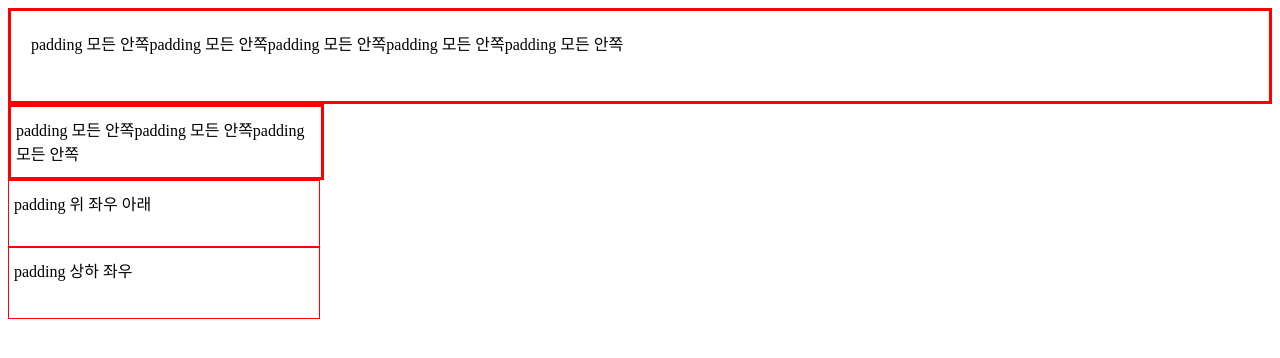
Repository: marudaga/html-css-lecture
Page: work/study/src/main/webapp/htmlEx/ch03/EX04.html
The author's editor kept a copy of each file at every save. The page is drawn from the files as they stood at one save, then again after the next save.
The browser window is 1280 px wide. The pictures show the whole page.

Above is the page before, as saved 2022-09-06 07:24:21.

### work/study/src/main/webapp/htmlEx/ch03/EX04.html
<!DOCTYPE html>
<html>
<head>
<meta charset="UTF-8">
<title>Insert title here</title>
</head>
<body>
<div  style="border: 3px solid red; scrollbar-width: none; overflow: scroll; over width: 300px; height:50px; padding: 20px;">padding 모든 안쪽padding 모든 안쪽padding 모든 안쪽padding 모든 안쪽padding 모든 안쪽</div>
<div style="border: 3px solid red;overflow: scroll; width: 300px; height:50px; padding: 10px 5px 10px 5px;">padding 모든 안쪽padding 모든 안쪽padding 모든 안쪽</div>
<div style="border: 1px solid red; width: 300px; height:50px; padding: 10px 5px 5px;">padding 위 좌우 아래</div>
<div style="border: 1px solid red; width: 300px; height:50px; padding: 10px 5px;">padding 상하 좌우</div>
</body>
</html>

After the next save:
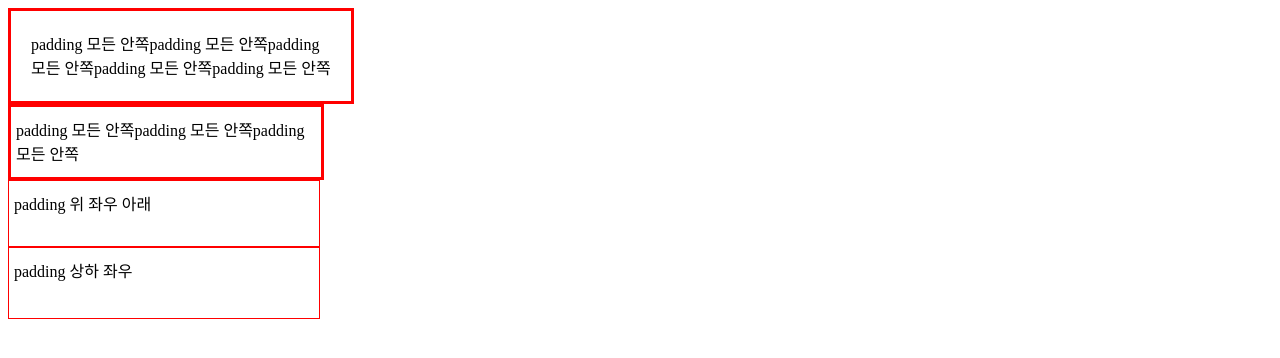
Saved 48 s later.
--- a/work/study/src/main/webapp/htmlEx/ch03/EX04.html
+++ b/work/study/src/main/webapp/htmlEx/ch03/EX04.html
@@ -5,7 +5,7 @@
 <title>Insert title here</title>
 </head>
 <body>
-<div  style="border: 3px solid red; scrollbar-width: none; overflow: scroll; over width: 300px; height:50px; padding: 20px;">padding 모든 안쪽padding 모든 안쪽padding 모든 안쪽padding 모든 안쪽padding 모든 안쪽</div>
+<div  style="border: 3px solid red; scrollbar-width: none; overflow: scroll; width: 300px; height:50px; padding: 20px; overflow-y:scroll;">padding 모든 안쪽padding 모든 안쪽padding 모든 안쪽padding 모든 안쪽padding 모든 안쪽</div>
 <div style="border: 3px solid red;overflow: scroll; width: 300px; height:50px; padding: 10px 5px 10px 5px;">padding 모든 안쪽padding 모든 안쪽padding 모든 안쪽</div>
 <div style="border: 1px solid red; width: 300px; height:50px; padding: 10px 5px 5px;">padding 위 좌우 아래</div>
 <div style="border: 1px solid red; width: 300px; height:50px; padding: 10px 5px;">padding 상하 좌우</div>
